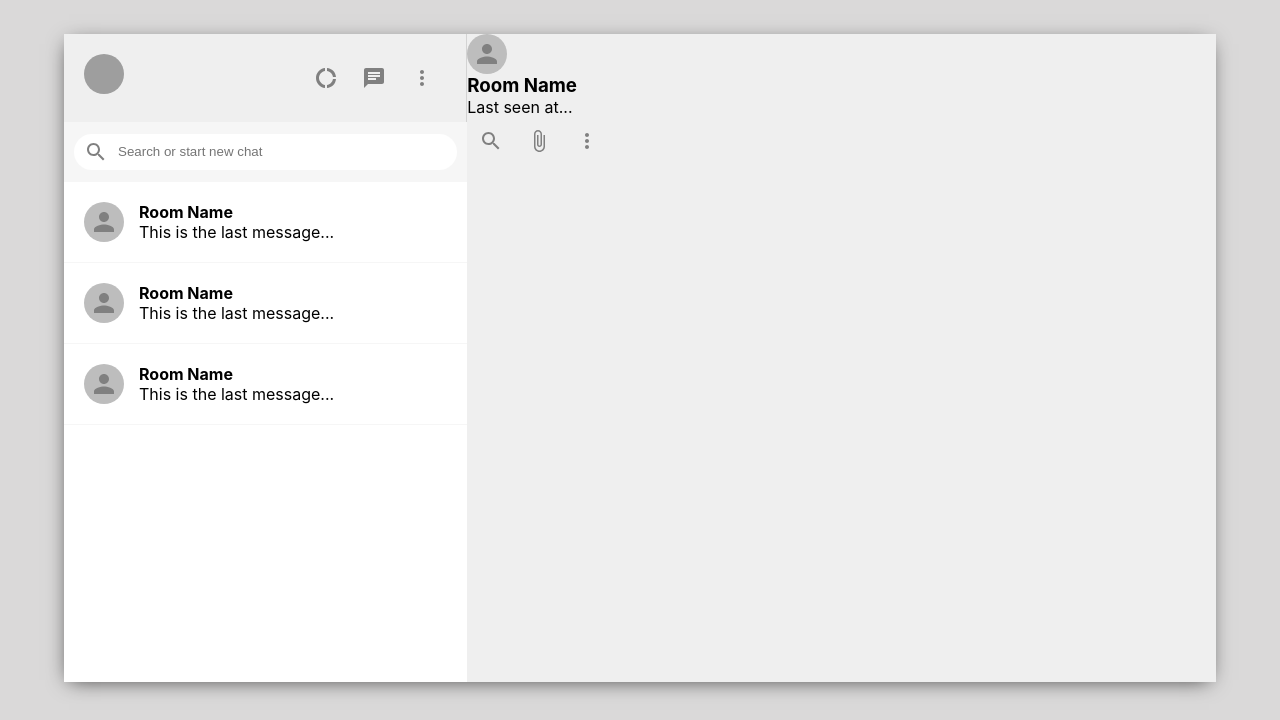
Repository: BogoGit/clone-whatsapp
Page: / (app in whatsapp-front/)
The author's editor kept a copy of each file at every save. The page is drawn from the files as they stood at one save, then again after the next save.
The browser window is 1280 px wide. The pictures show the whole page.
Pictures or frames that could not be fetched are drawn as grey boxes. The project was rebuilt for these pictures with package versions that can differ from the ones it lists, and the page was loaded fresh each time.

Above is the page before, as saved 2020-11-18 21:05:59.

After the next save:
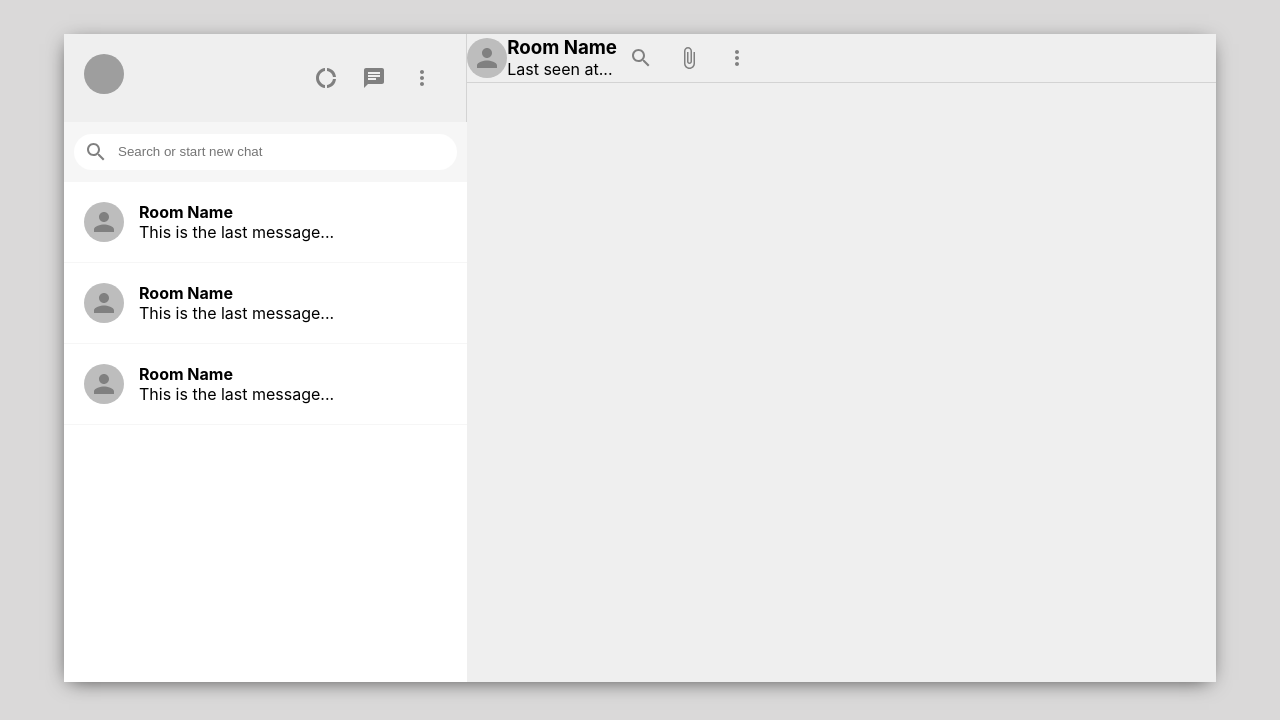
Saved 82 s later.
--- a/whatsapp-front/src/Components/Chat.css
+++ b/whatsapp-front/src/Components/Chat.css
@@ -3,3 +3,9 @@
 	flex-direction: column;
 	flex: 0.65;
 }
+
+.chat__header {
+	display: flex;
+	align-items: center;
+	border-bottom: 1px solid lightgray;
+}
